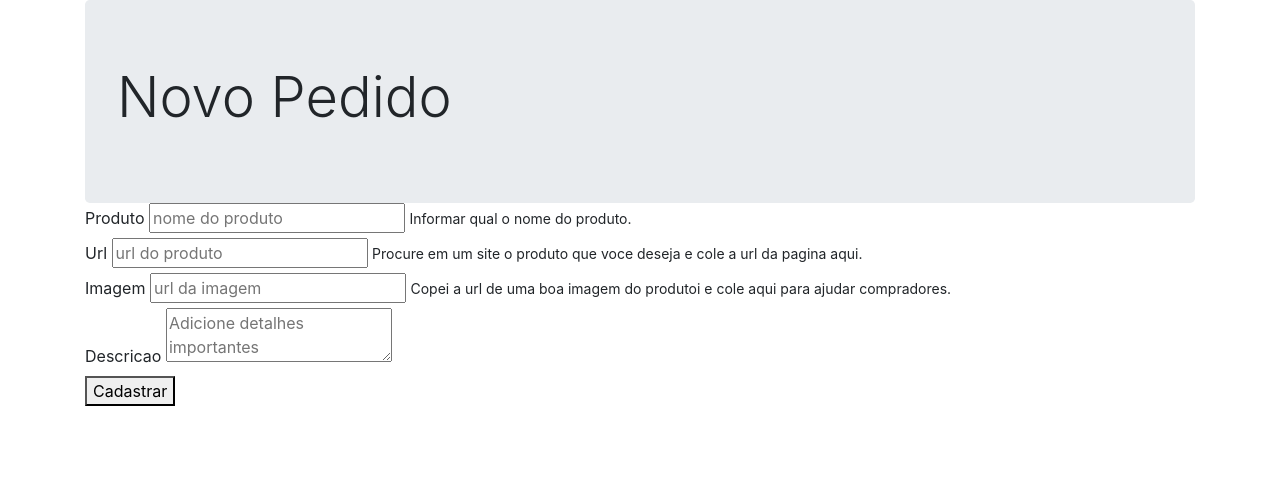
Repository: PedroKarasudani/Spring_MVC
Page: http://localhost/pedido/formulario
These files come from the project's save history. The page is drawn as it stood at one moment and after the next save; the edit follows.
The browser window is 1280 px wide. The pictures show the whole page.
The page is this project's Thymeleaf template; nobody is signed in. The template is opened directly, without the code that normally fills it, so the values that code supplies are empty.

Above is the page before, as saved 2023-10-19 02:12:00.

After the next save:
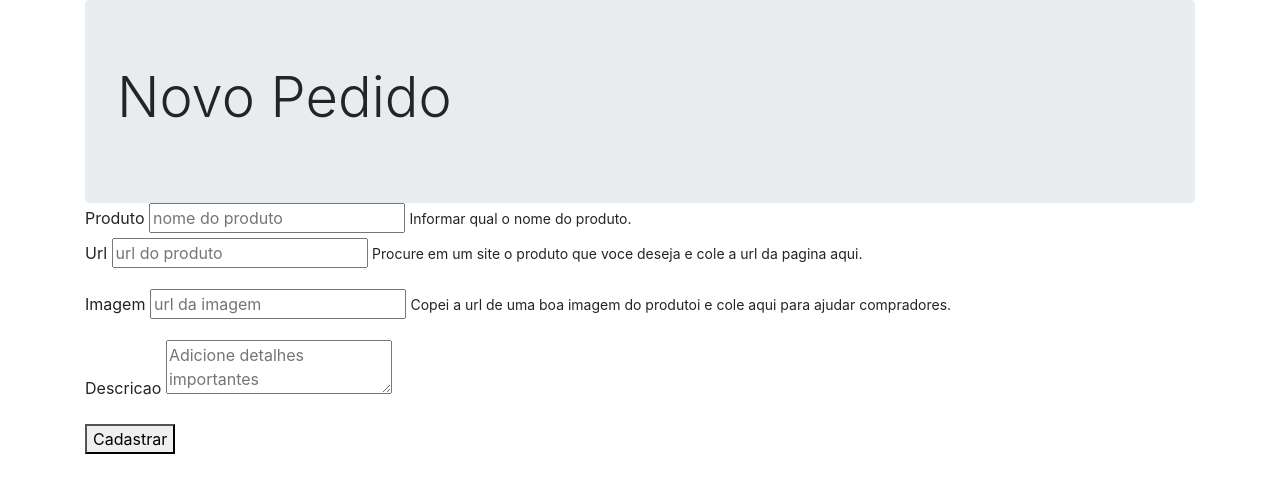
Saved 5 days later.
--- a/mudi/src/main/resources/templates/pedido/formulario.html
+++ b/mudi/src/main/resources/templates/pedido/formulario.html
@@ -14,22 +14,22 @@
 			<h1 class="display-4">Novo Pedido</h1>
 		</div>
 		<form action="/pedido/novo" method="POST">
-			<div>
+			<div class="form-group">
 				<label for="nomeProduto">Produto</label>
 				<input name="nomeProduto" placeholder="nome do produto"/>
 				<small>Informar qual o nome do produto.</small>
-			</div>
-			<div>
+			</divclass="form-group">
+			<div class="form-group">
 				<label for="urlProduto">Url</label>
 				<input name="urlProduto" placeholder="url do produto"/>
 				<small>Procure em um site o produto que voce deseja e cole a url da pagina aqui.</small>
 			</div>
-			<div>
+			<div class="form-group">
 				<label for="urlImagem">Imagem</label>
 				<input name="urlImagem" placeholder="url da imagem"/>
 				<small>Copei a url de uma boa imagem do produtoi e cole aqui para ajudar compradores.</small>
 			</div>
-			<div>
+			<div class="form-group">
 				<label for="descricao">Descricao</label>
 				<textarea name="descricao" placeholder="Adicione detalhes importantes"></textarea>
 			</div>
